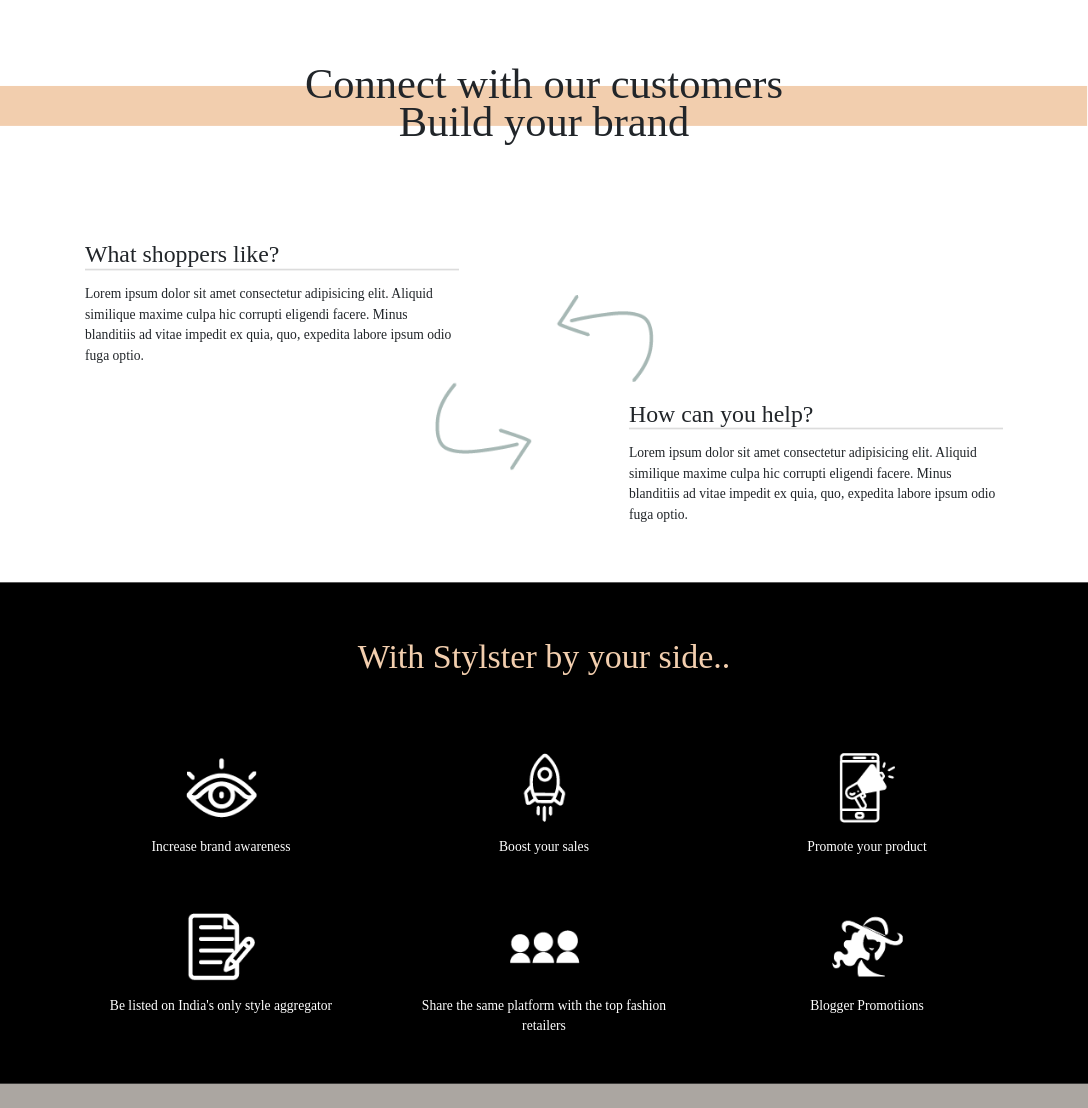
Repository: Lovekr/stylester
Page: stylster_frontend_design/partnership.html
The author's editor kept a copy of each file at every save. The page is drawn from the files as they stood at one save, then again after the next save.
The browser window is 1280 px wide. The pictures show the part of the page from y = 806 to 2109 px (the page is 3266 px tall before and 3314 px after), at 85% of full size.
A picture or video elsewhere on the page could not be fetched, so the positions and the page height are approximate. Some web fonts or font styles are not loaded; a fallback is used.

Above is the page before, as saved 2020-03-09 16:00:36.

After the next save:
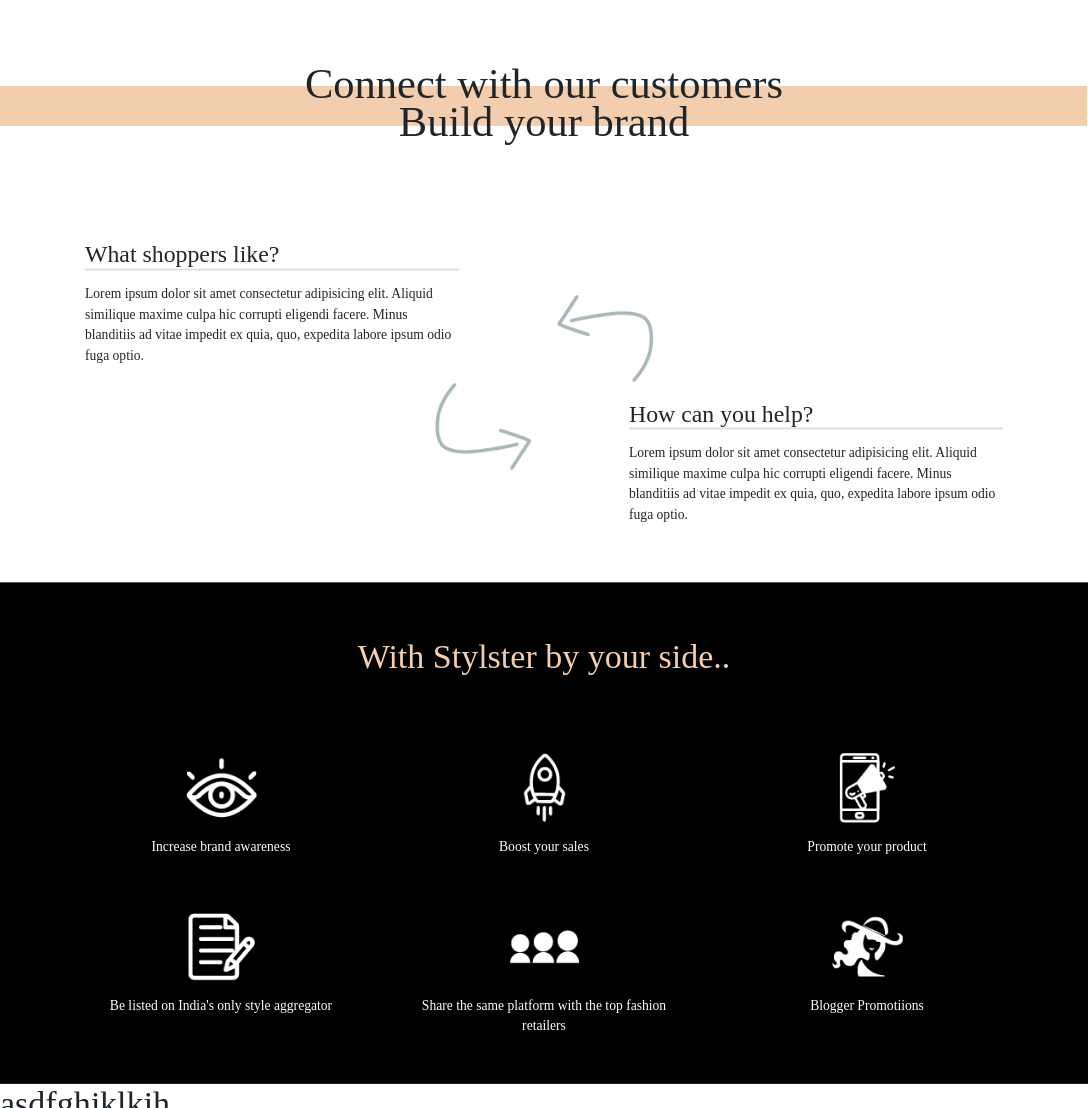
Saved 5 min 50 s later.
--- a/stylster_frontend_design/partnership.html
+++ b/stylster_frontend_design/partnership.html
@@ -148,7 +148,7 @@
             </div>
         </div>
     </div>
-
+<h1>asdfghjklkjh</h1>
     <div class="container-fluid py-5 backgroundcolr">
         <div class="row">
             <div class="col-md-4 col-xs-12">

After the 2 saves that followed:
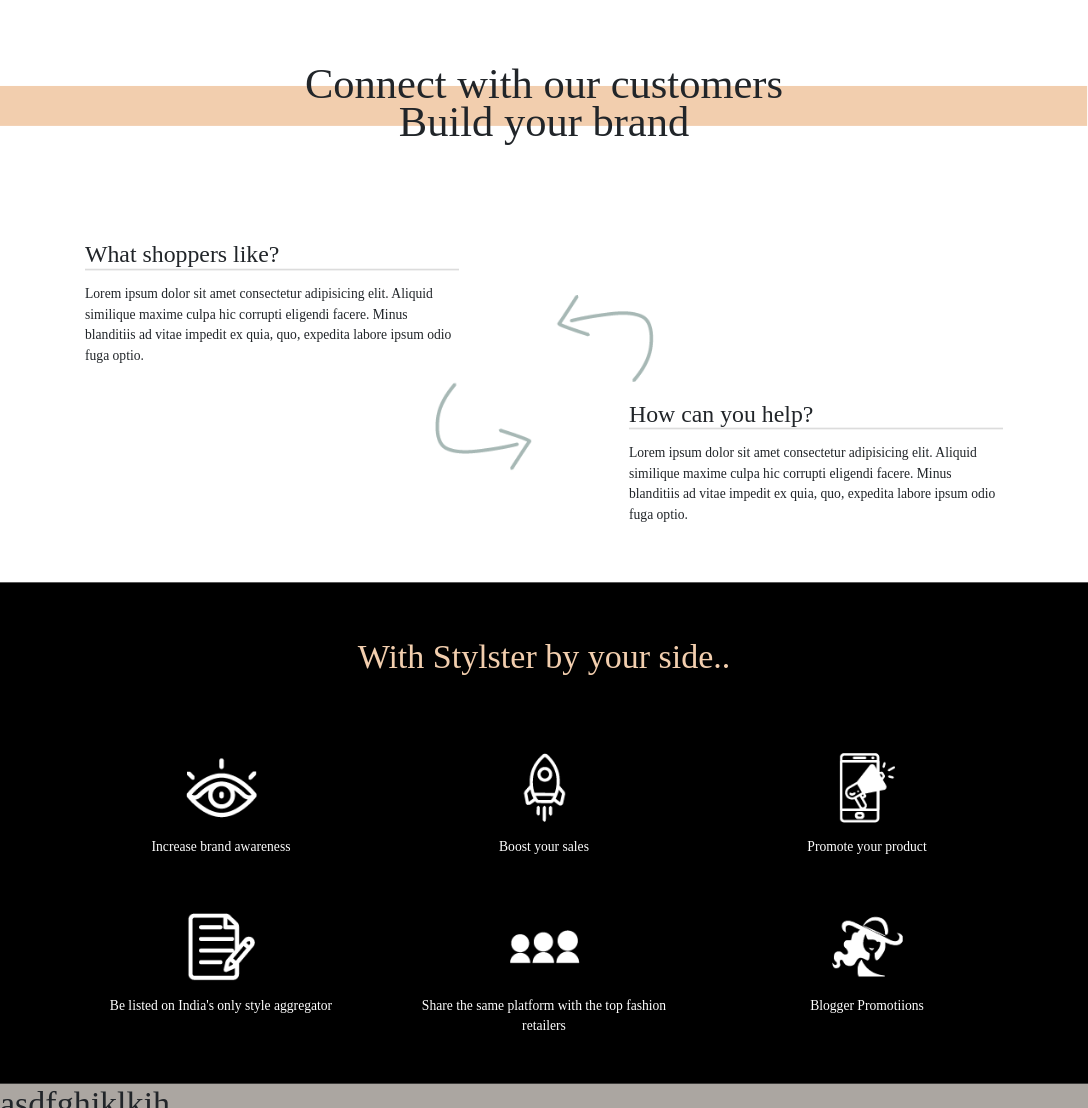
The 2 saves are shown as one change because 1 left the picture as it was.
The last was saved 66 s later.
--- a/stylster_frontend_design/partnership.html
+++ b/stylster_frontend_design/partnership.html
@@ -148,7 +148,7 @@
             </div>
         </div>
     </div>
-<h1>asdfghjklkjh</h1>
+<h1 class="affiliated">asdfghjklkjh</h1>
     <div class="container-fluid py-5 backgroundcolr">
         <div class="row">
             <div class="col-md-4 col-xs-12">
--- a/stylster_frontend_design/css/partnership.css
+++ b/stylster_frontend_design/css/partnership.css
@@ -255,6 +255,20 @@
     color: black;
     font-weight: 500;
 }
+
+.affiliated{
+    position: absolute;
+}
+
+
+
+
+
+
+
+
+
+
 
 .bgOuter{
     width: 110%;
